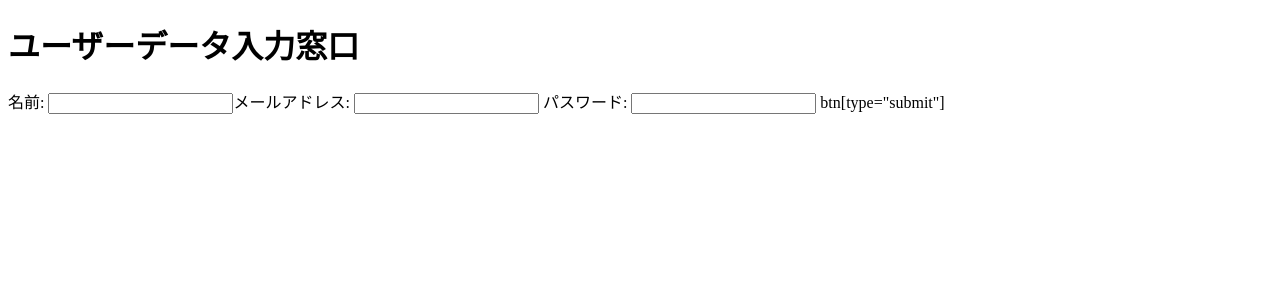
Repository: isopets/next-market
Page: form2.html
The author's editor kept a copy of each file at every save. The page is drawn from the files as they stood at one save, then again after a run of saves.
The browser window is 1280 px wide. The pictures show the whole page.

Above is the page before, as saved 2022-06-08 00:51:55.

### form2.html
<!DOCTYPE html>
<html lang="en">

<head>
    <meta charset="UTF-8">
    <meta http-equiv="X-UA-Compatible" content="IE=edge">
    <meta name="viewport" content="width=device-width, initial-scale=1.0">
    <title>Document</title>
</head>

<body>
    <h1>ユーザーデータ入力窓口</h1>
    <form action="http://localhost:3000/api/user/register" method="POST">
        名前: <input type="text" name="name">メールアドレス: <input type="text" name="email"> パスワード: <input type="text" name="password"> btn[type="submit"]
    </form>
</body>

</html>

After the next 2 saves:
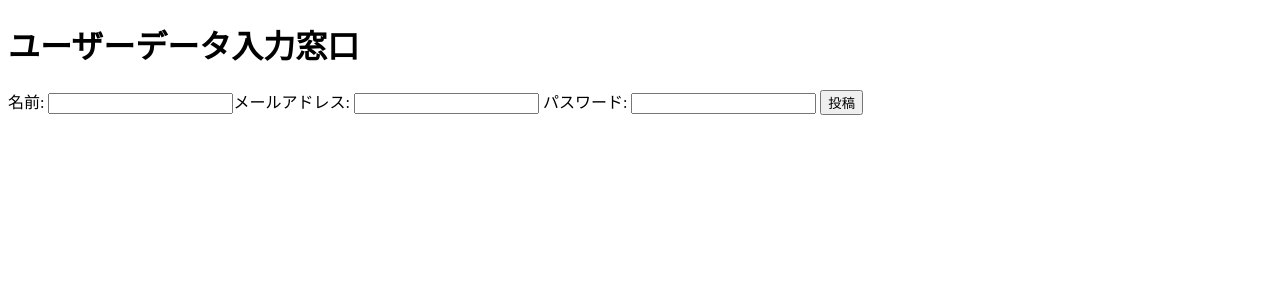
The 2 saves are shown as one change because they came seconds apart.
The last was saved 7 s later.
--- a/form2.html
+++ b/form2.html
@@ -11,7 +11,7 @@
 <body>
     <h1>ユーザーデータ入力窓口</h1>
     <form action="http://localhost:3000/api/user/register" method="POST">
-        名前: <input type="text" name="name">メールアドレス: <input type="text" name="email"> パスワード: <input type="text" name="password"> btn[type="submit"]
+        名前: <input type="text" name="name">メールアドレス: <input type="text" name="email"> パスワード: <input type="text" name="password"> <button type="submit">投稿</button>
     </form>
 </body>
 
